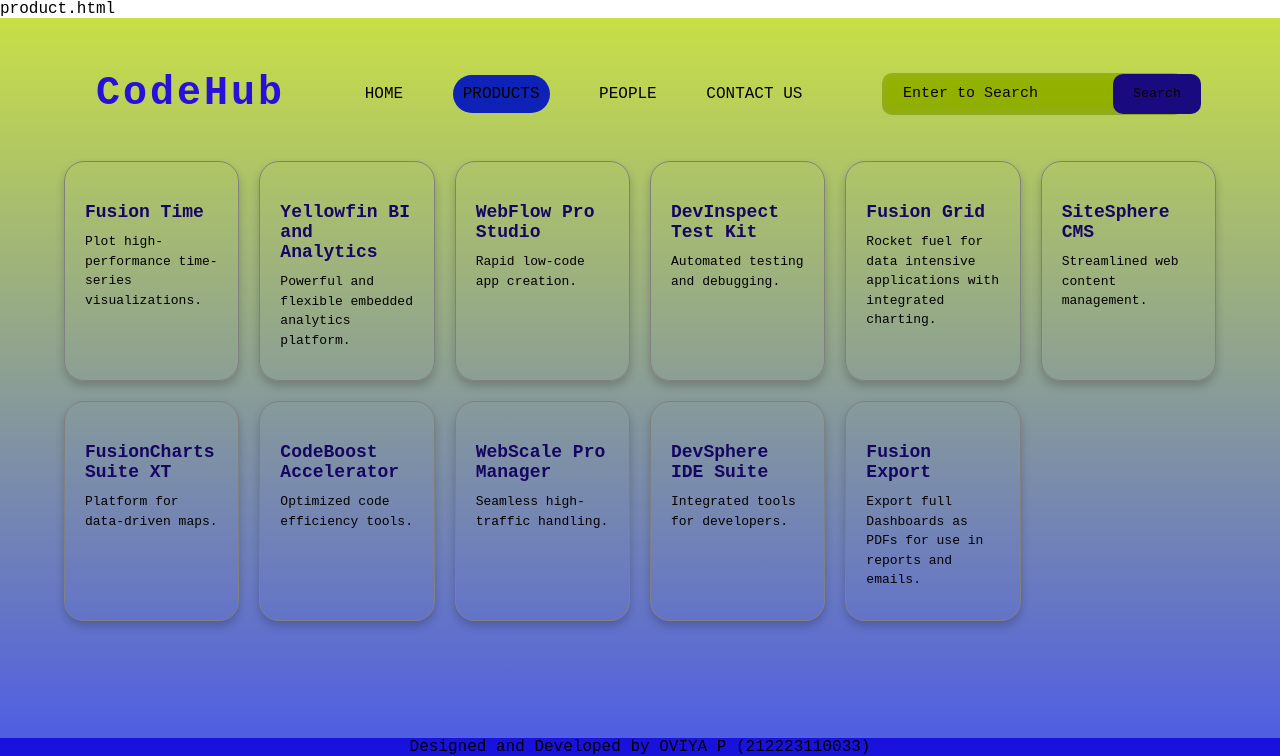
Repository: Oviya24032K6/softweb
Page: oviya/softapp/static/product.html
These files come from the project's save history. The page is drawn as it stood at one moment and after a run of saves; the edit follows.
The browser window is 1280 px wide. The pictures show the whole page.

Above is the page before, as saved 2024-04-24 05:32:02.

### oviya/softapp/static/product.html
product.html

<html>
    <head>
        <meta name="viewport" content="width=device-width, initial-scale=1.0">
        <title> Product Page </title>
        <style type="text/css">
            * {
                margin: 0;
                padding: 0;
                font-family: 'Courier New', Courier, monospace;
            }
            .banner {
                width: 100%;
                height: 100vh;
                background-image: linear-gradient(rgba(182, 213, 8, 0.75),rgba(20, 40, 217, 0.75));
                background-size: cover;
                background-position: center;
            }
            .navbar {
                width: 85%;
                margin: auto;
                padding: 35px 0;
                display: flex;
                align-items: center;
                justify-content: space-between;
            }
            .bg-product {
                border: 1px;
                padding: 10px;
                color: rgb(12, 11, 11);
                background-color:#0e22b8;
                border-radius: 30px;
            }
            .logo {
                color:#2810db;
                font-size: 40px;
                font-weight: 700;
                letter-spacing: 3px;
            }
            span {
                color: rgb(5, 4, 4);
            }
            form {
                width: 300px;
                height: 40px;
                display: flex;
                background: hsla(0, 100%, 1%, 0.2);
                padding: 1px 1px;
                font-size: 15px;
                border-radius: 10px;
                backdrop-filter: blur(4px) saturate(180%);
            }
            form input {
                background: transparent;
                flex: 1;
                border: 0;
                outline: none;
                padding: 12px 20px;
                font-size: 15px;
                color: rgb(18, 1, 1);
            }
            ::placeholder {
                color: rgb(12, 0, 0);
            }
            form button {
                border: 0;
                outline: none;
                padding: 5px 20px;
                color: rgb(11, 0, 0);
                border-radius: 10px;
                background:#1a0a7f;
                cursor: pointer;
            }
            .navbar li {
                list-style: none;
                display: inline-block;
                margin: 0 20px;
                position: relative;
            }
            .navbar li a {
                text-decoration: none;
                color: rgb(8, 0, 0);
                text-transform: uppercase;
            }
            .navbar li:hover {
                border: 1px;
                padding: 10px;
                color: rgb(4, 0, 0);
                background-color:#0c127f;
                transition: 0.5s;
                cursor: pointer;
                border-radius: 30px;
            }
            .container {
                background: transparent;
                padding: 10px 5%;
                padding-bottom: 100px;
            }
            .container .box-container {
                display: grid;
                grid-template-columns: repeat(auto-fit, minmax(170px, 1fr));
                gap: 20px;
            }
            .container .box-container .box {
                color: rgb(8, 0, 0);
                box-shadow: 0 5px 10px rgba(0,0,0,.2);
                border-radius: 20px;
                background: transparent;
                border: 1px solid gray;
                padding: 30px 20px;
            }
            .container .box-container .box img {
                height: 70px;
                border-radius: 20px;
            }
            .container .box-container .box h3 {
                color:#160663;
                font-size: large;
                padding: 10px 0;
            }
            .container .box-container .box p {
                color: rgb(3, 0, 0);
                font-size: small;
                line-height: 1.5;
            }
            footer {
                background-color:#1912dc;
                margin-top: auto;
            }
        </style>
    </head>
<body>
    <div class="banner">
        <br>
        <div class="navbar">
            <h1 class="logo">CodeHub</h1>
            <ul>
                <li><a href="http://127.0.0.1:8000/static/homepage.html"> Home </a></li>
                <li><a href="http://127.0.0.1:8000/static/products.html" class="bg-product"> Products </a></li>
                <li><a href="http://127.0.0.1:8000/static/person.html"> People </a></li>
                <li><a href="http://127.0.0.1:8000/static/contactus.html"> Contact us</a></li>
            </ul>
            <form action="" method="get">
                <input type="text" placeholder="Enter to Search">
                <button type="submit"> Search </button>
            </form>
        </div>
        <div class="container">
            <div class="box-container">


                <div class="box">
                    <h3> Fusion Time </h3>
                    <p> Plot high-performance time-series visualizations. </p>
                </div>
                <div class="box">
                    <h3> Yellowfin BI and Analytics </h3>
                    <p> Powerful and flexible embedded analytics platform. </p>
                </div>
                <div class="box">
                    <h3> WebFlow Pro Studio </h3>
                    <p> Rapid low-code app creation. </p>
                </div>
                <div class="box">
                    <h3> DevInspect Test Kit </h3>
                    <p> Automated testing and debugging. </p>
                </div>
                <div class="box">
                    <h3> Fusion Grid </h3>
                    <p> Rocket fuel for data intensive applications with integrated charting. </p>
                </div>
                <div class="box">
                    <h3> SiteSphere CMS </h3>
                    <p> Streamlined web content management. </p>
                </div>
                <div class="box">
                    <h3> FusionCharts Suite XT </h3>
                    <p> Platform for data-driven maps. </p>
                </div>
                <div class="box">
                    <h3> CodeBoost Accelerator </h3>
                    <p> Optimized code efficiency tools. </p>
                </div>
                <div class="box">
                    <h3> WebScale Pro Manager </h3>
                    <p> Seamless high-traffic handling. </p>
                </div>
                <div class="box">
                    <h3> DevSphere IDE Suite </h3>
                    <p> Integrated tools for developers. </p>
                </div>
                <div class="box">
                    <h3> Fusion Export </h3>
                    <p> Export full Dashboards as PDFs for use in reports and emails. </p>
                </div>

            </div>

            </div>
        </div>
    </div>
    <footer>
        <center> Designed and Developed by OVIYA P (212223110033) </center>
    </footer>
</body>
</html>

After the next 3 saves:
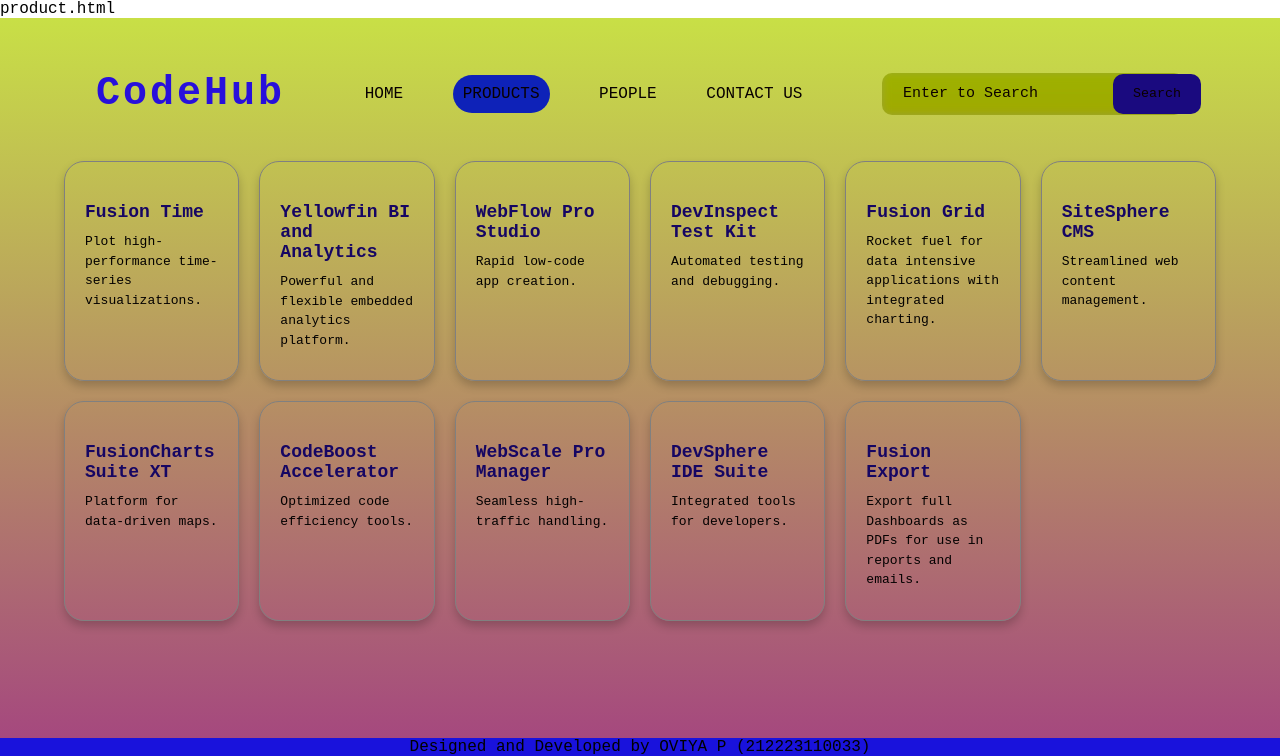
The 3 saves are shown as one change because they came seconds apart.
The last was saved 30 s later.
--- a/oviya/softapp/static/product.html
+++ b/oviya/softapp/static/product.html
@@ -13,7 +13,7 @@ product.html
             .banner {
                 width: 100%;
                 height: 100vh;
-                background-image: linear-gradient(rgba(182, 213, 8, 0.75),rgba(20, 40, 217, 0.75));
+                background-image: linear-gradient(rgba(182, 213, 8, 0.75),rgba(135, 11, 83, 0.75));
                 background-size: cover;
                 background-position: center;
             }
